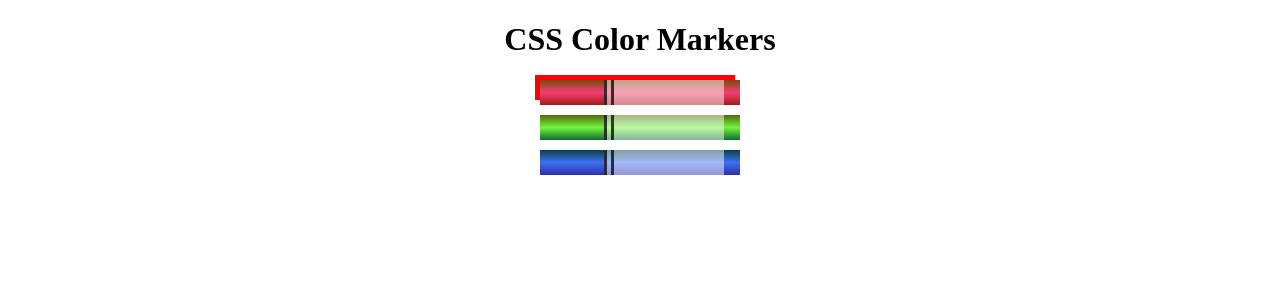
Repository: AimenDje/ColoredMarkers
Page: index.html
The author's editor kept a copy of each file at every save. The page is drawn from the files as they stood at one save, then again after the next save.
The browser window is 1280 px wide. The pictures show the whole page.

Above is the page before, as saved 2025-05-09 11:56:38.

### index.html
<!DOCTYPE html>
<html lang="en">
    <head>
        <meta charset="utf-8">
        <meta name="viewport" content="width=device-width, initial-scale=1.0">
        <link rel="stylesheet" href="styles.css">
        <title>Colored Markers</title>
    </head>
    <body>
    <h1>CSS Color Markers</h1>
        <div class="marker red">
        <div class="cap"></div>
        <div class="sleeve"></div>
      </div>
      <div class="marker green">
        <div class="cap"></div>
        <div class="sleeve"></div>
      </div>
      <div class="marker blue">
        <div class="cap"></div>
        <div class="sleeve"></div>
      </div>
      </body>
</html>

### styles.css
h1 {
    text-align:center;
}

.marker {
    width: 200px;
    height: 25px;
    margin: 10px auto;
  }

.red {
  background: linear-gradient(rgb(122, 74, 14), rgb(245, 62, 113), rgb(162, 27, 27));
  box-shadow: -5px -5px red;
}

.green {
  background: linear-gradient( #55680D, #71F53E, #116C31);
}

.blue {
  background: linear-gradient(hsl(186, 76%, 16%), hsl(223, 90%, 60%),hsl(240, 56%, 42%));
}

.sleeve {
  width: 110px;
  height: 25px;
  background-color: rgba(255, 255, 255, 0.5);
  border-left: 10px double rgba(0,0,0,0.75);
}

.cap{
  width:60px;
  height:25px;
}

.sleeve, .cap {
  display:inline-block;
}

After the next save:
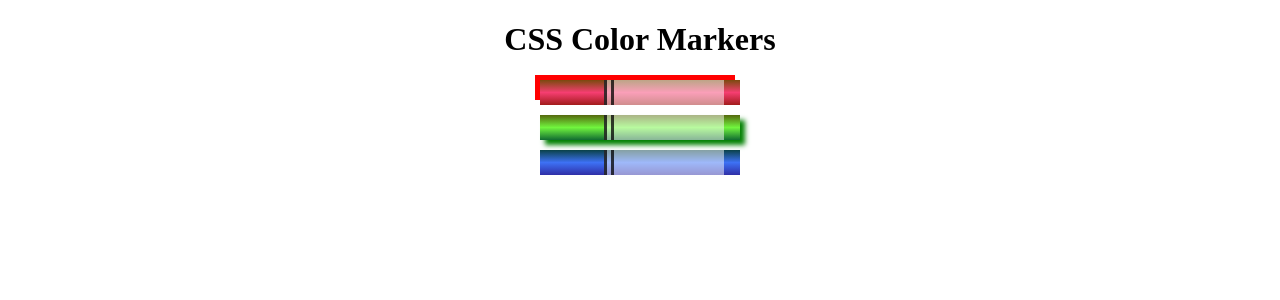
Saved 61 s later.
--- a/styles.css
+++ b/styles.css
@@ -14,7 +14,8 @@
 }
 
 .green {
-  background: linear-gradient( #55680D, #71F53E, #116C31);
+  background: linear-gradient(#55680D, #71F53E, #116C31);
+  box-shadow: 5px 5px 5px green
 }
 
 .blue {
